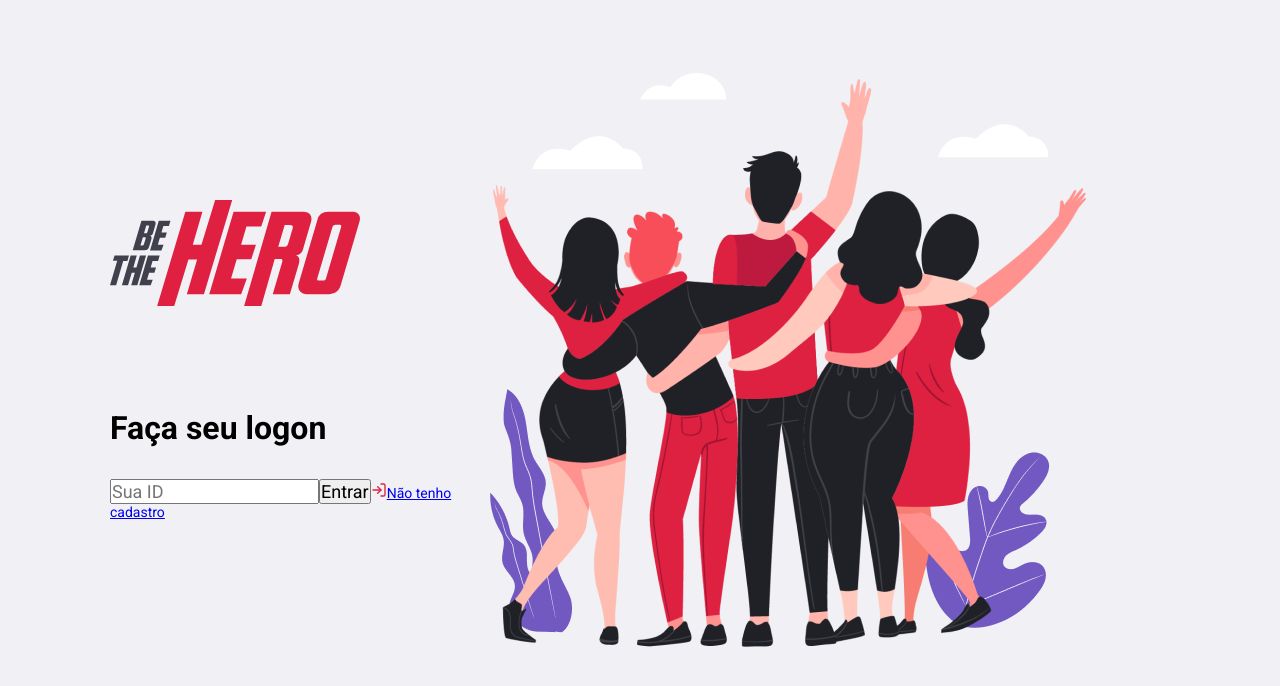
Repository: s7Thiago/semana-omnistack-11.0
Page: / (app in front-end/)
An editor plug-in stored every save of this project. The page is shown before and after the next save, followed by the edit.
The browser window is 1280 px wide. The pictures show the whole page.
The project was rebuilt for these pictures with package versions that can differ from the ones it lists, and the page was loaded fresh each time.

Above is the page before, as saved 2020-03-26 20:24:09.

After the next save:
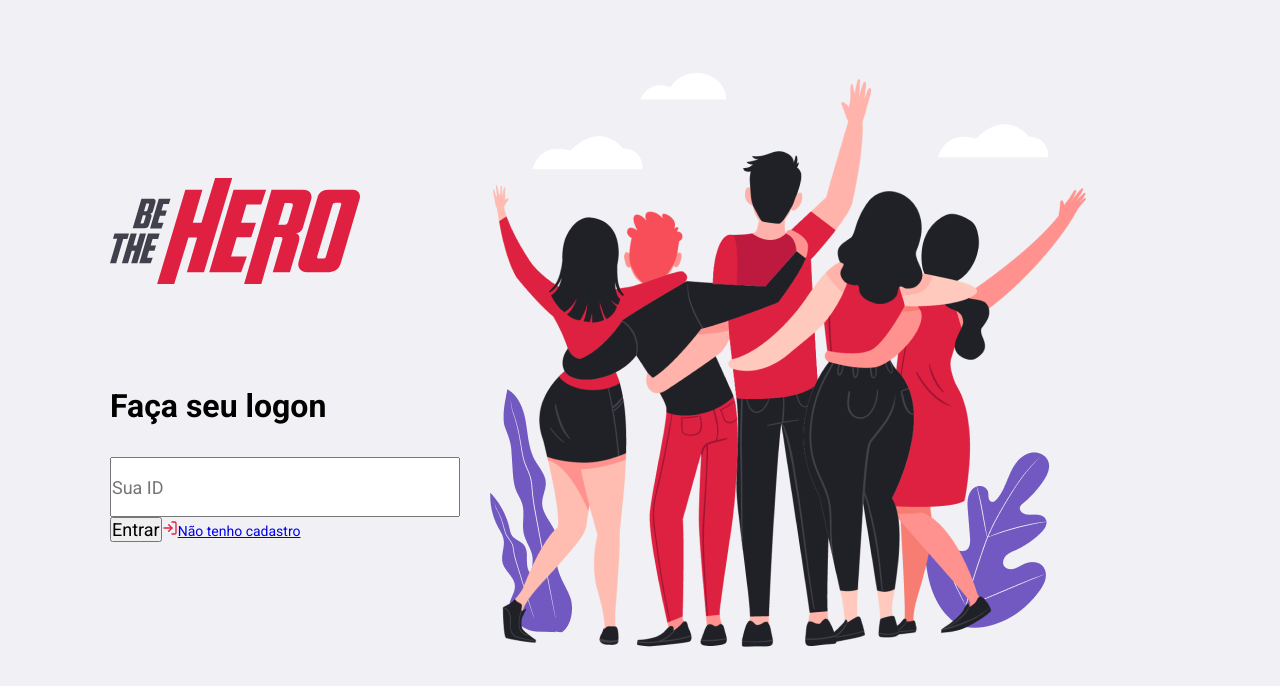
Saved 60 s later.
--- a/front-end/src/global.css
+++ b/front-end/src/global.css
@@ -20,3 +20,8 @@ input, button, textarea {
 button {
     cursor: pointer;
 }
+
+form input {
+    width: 100%;
+    height: 60px;
+}
